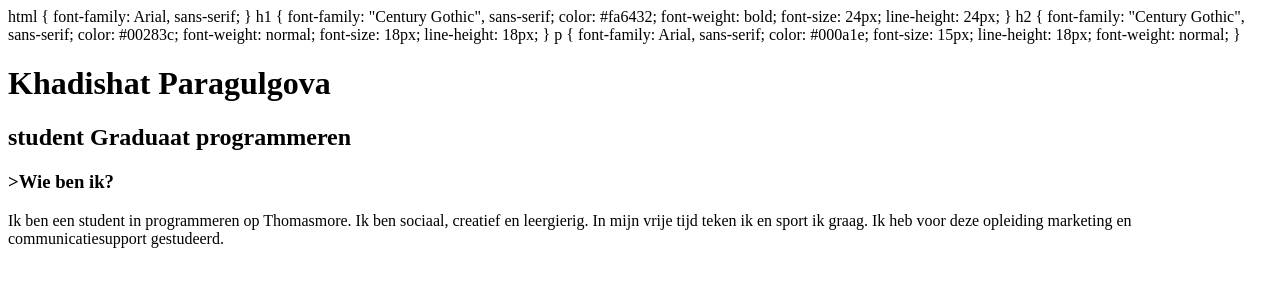
Repository: khadishat00/portfolio
Page: index.html
The author's editor kept a copy of each file at every save. The page is drawn from the files as they stood at one save, then again after a run of saves.
The browser window is 1280 px wide. The pictures show the whole page.

Above is the page before, as saved 2026-09-24 14:30:31.

### index.html
<!doctype html>
<html lang="en">
  <head>
    <meta charset="UTF-8" />
    <meta name="viewport" content="width=device-width, initial-scale=1.0" />
    <title>portfolio</title>
  </head>
  <style></style>
      html {
        font-family: Arial, sans-serif;
      }
      h1 {
        font-family: "Century Gothic", sans-serif;
        color: #fa6432;
        font-weight: bold;
        font-size: 24px;
        line-height: 24px;
      }
      h2 {
        font-family: "Century Gothic", sans-serif;
        color: #00283c;
        font-weight: normal;
        font-size: 18px;
        line-height: 18px;
      }
      p {
        font-family: Arial, sans-serif;
        color: #000a1e;
        font-size: 15px;
        line-height: 18px;
        font-weight: normal;
      }

  <body>
    <h1>Khadishat Paragulgova</h1>
    <h2>student Graduaat programmeren</h2>
    <h3>>Wie ben ik?</h3>
    <p>
      Ik ben een student in programmeren op Thomasmore. Ik ben sociaal, creatief
      en leergierig. In mijn vrije tijd teken ik en sport ik graag. Ik heb voor
      deze opleiding marketing en communicatiesupport gestudeerd.
    </p>
  </body>
</html>

After the next 2 saves:
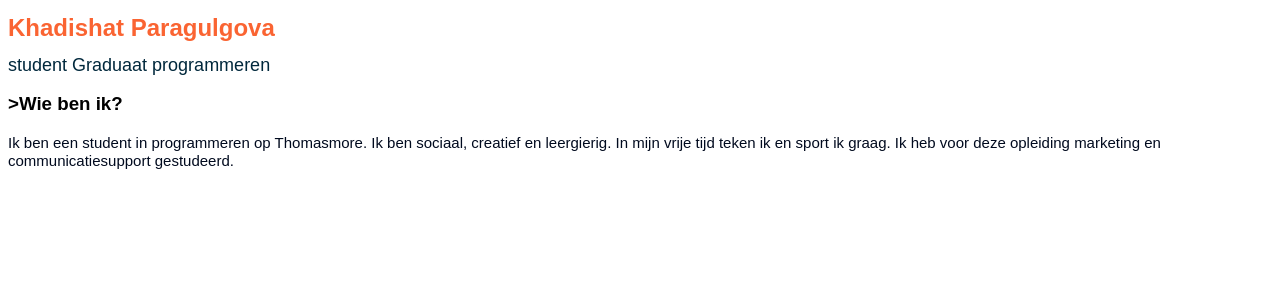
The 2 saves are shown as one change because they came seconds apart.
The last was saved 5 s later.
--- a/index.html
+++ b/index.html
@@ -5,7 +5,7 @@
     <meta name="viewport" content="width=device-width, initial-scale=1.0" />
     <title>portfolio</title>
   </head>
-  <style></style>
+  <style>
       html {
         font-family: Arial, sans-serif;
       }
@@ -30,7 +30,7 @@
         line-height: 18px;
         font-weight: normal;
       }
-
+    </style>
   <body>
     <h1>Khadishat Paragulgova</h1>
     <h2>student Graduaat programmeren</h2>
